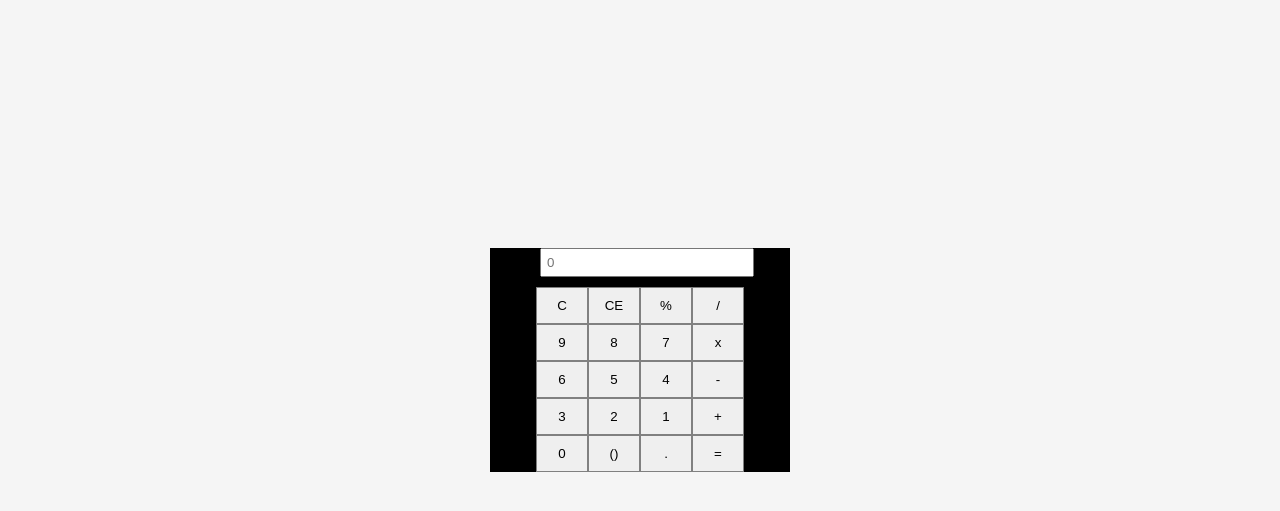
Repository: latenightsnacc/React-Projects
Page: / (app in calculator/)
An editor plug-in stored every save of this project. The page is shown before and after the next save, followed by the edit.
The browser window is 1280 px wide. The pictures show the whole page.
The project was rebuilt for these pictures with package versions that can differ from the ones it lists, and the page was loaded fresh each time.

Above is the page before, as saved 2020-07-01 13:58:37.

After the next save:
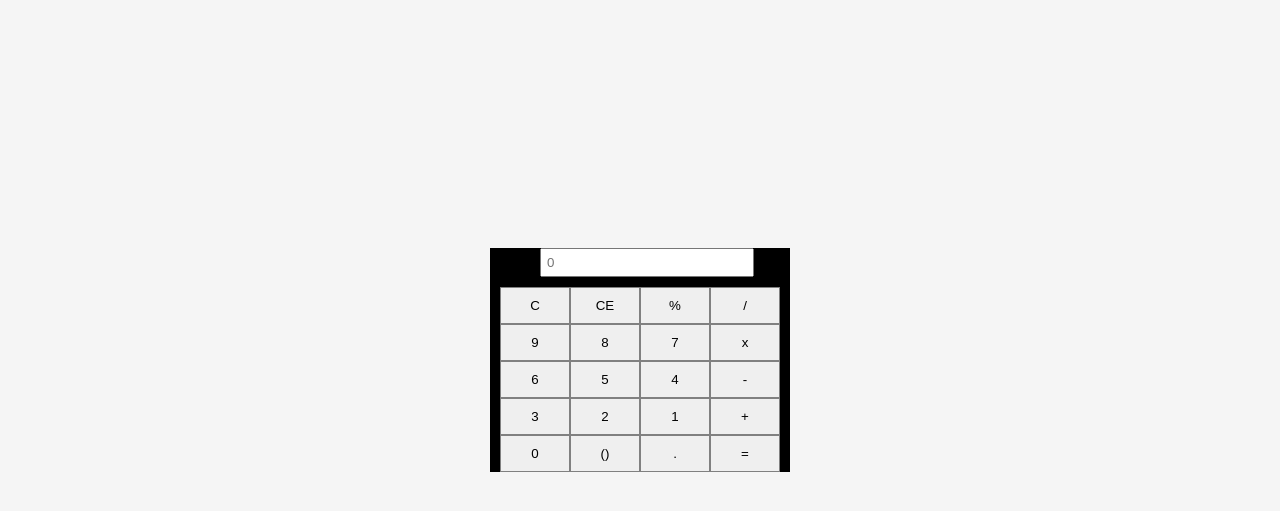
Saved 10 s later.
--- a/calculator/src/Styles/Buttons.scss
+++ b/calculator/src/Styles/Buttons.scss
@@ -2,7 +2,7 @@
     margin: 0 auto;
     .button {
         padding: 10px;
-        width: 52px;
+        width: 70px;
         color: black;
         border: 1px solid grey;
     }
